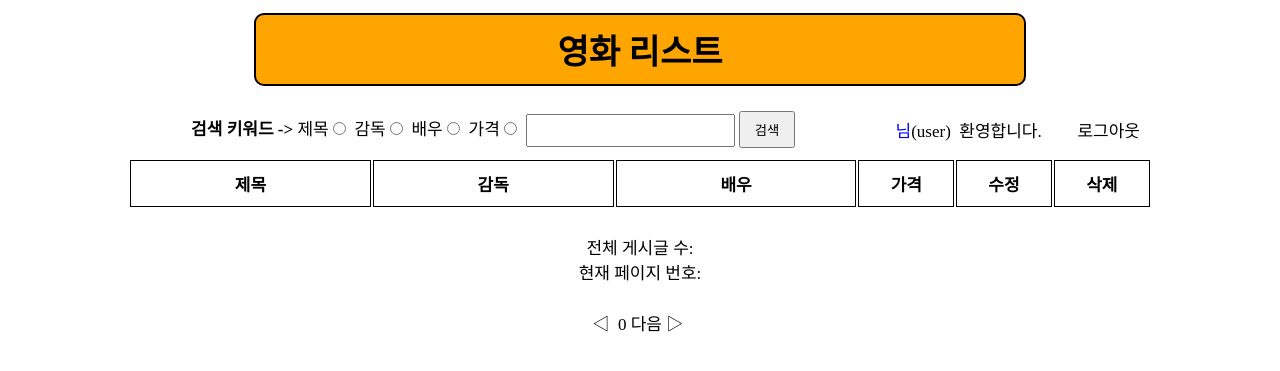
Repository: EverythingOfC/movie
Page: http://localhost/movie/movie/list.jsp
The author's editor kept a copy of each file at every save. The page is drawn from the files as they stood at one save, then again after the next save.
The browser window is 1280 px wide. The pictures show the whole page.
The page is served by Tomcat 9. Nobody is signed in. The application's start-up code is not run. The template is opened directly, without the code that normally fills it, so the values that code supplies are empty.

Above is the page before, as saved 2023-01-03 10:06:44.

After the next save:
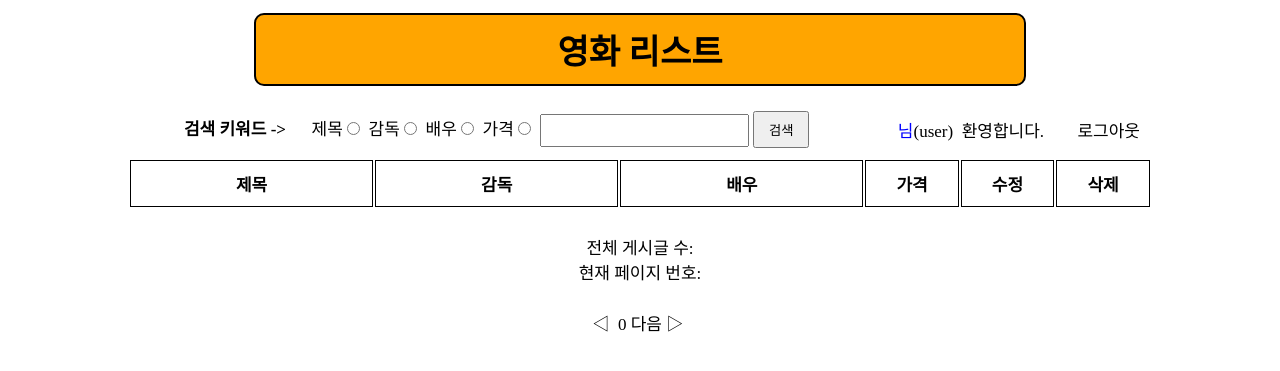
Saved 20 s later.
--- a/movie/src/main/webapp/movie/list.jsp
+++ b/movie/src/main/webapp/movie/list.jsp
@@ -21,7 +21,7 @@
 				<td colspan="3" style="border:0; text-align:center;">
 				<form action="ms?command=list" method="get">
 
-				<b>검색 키워드 -> </b>
+				<b>검색 키워드 -> </b>&emsp;
 				<label for="title">제목</label>
 				<input type="radio" name="column" value="title" id="title">&nbsp;
 
